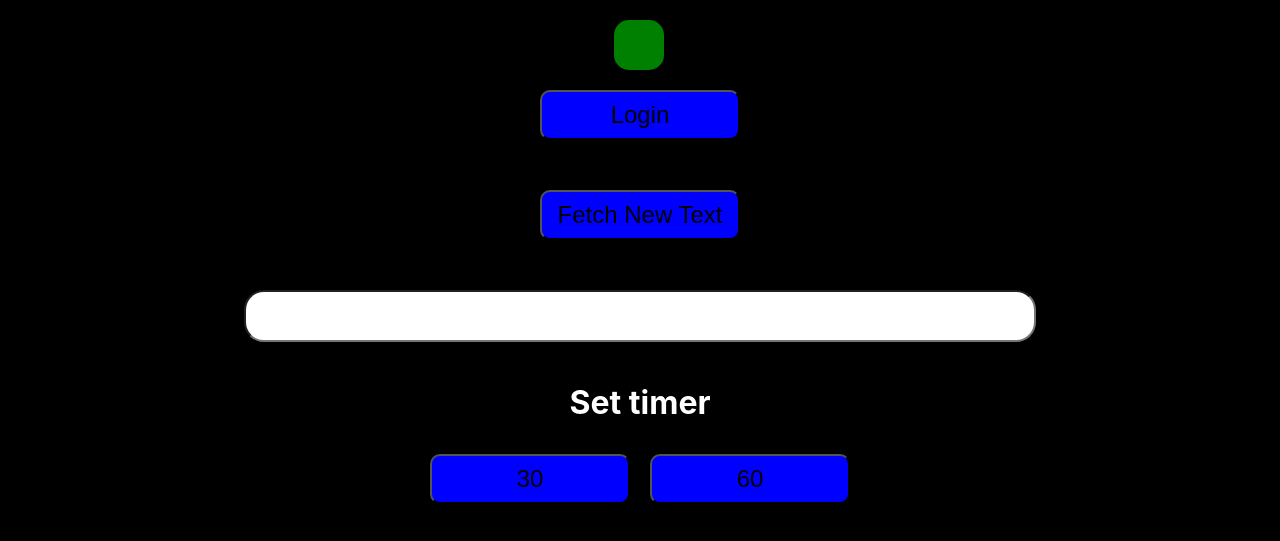
Repository: abhaysharma20233009/swiftKey
Page: / (app in frontend/my-app/)
An editor plug-in stored every save of this project. The page is shown before and after the next save, followed by the edit.
The browser window is 1280 px wide. The pictures show the whole page.
The page's requests for data from a server got no answer. The project was rebuilt for these pictures with package versions that can differ from the ones it lists, and the page was loaded fresh each time. No one was signed in, and anything a server would have sent is missing. Also part of the build but not shown: frontend/my-app/src/Results.js, frontend/my-app/src/Login.js.

Above is the page before, as saved 2024-10-10 20:35:39.

After the next save:
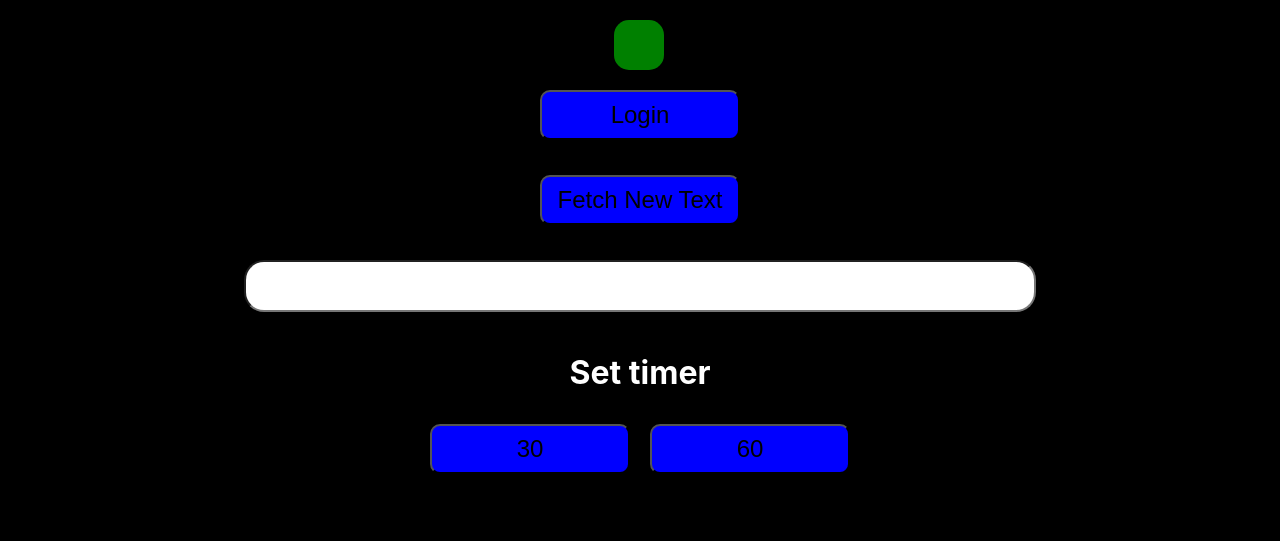
Saved 16 s later.
--- a/frontend/my-app/src/App.css
+++ b/frontend/my-app/src/App.css
@@ -18,7 +18,7 @@ body{
   justify-self: end;
   font-size: x-large;
   margin-top:10px;
-  margin-bottom:40px;
+  margin-bottom:25px;
 }
 
 
